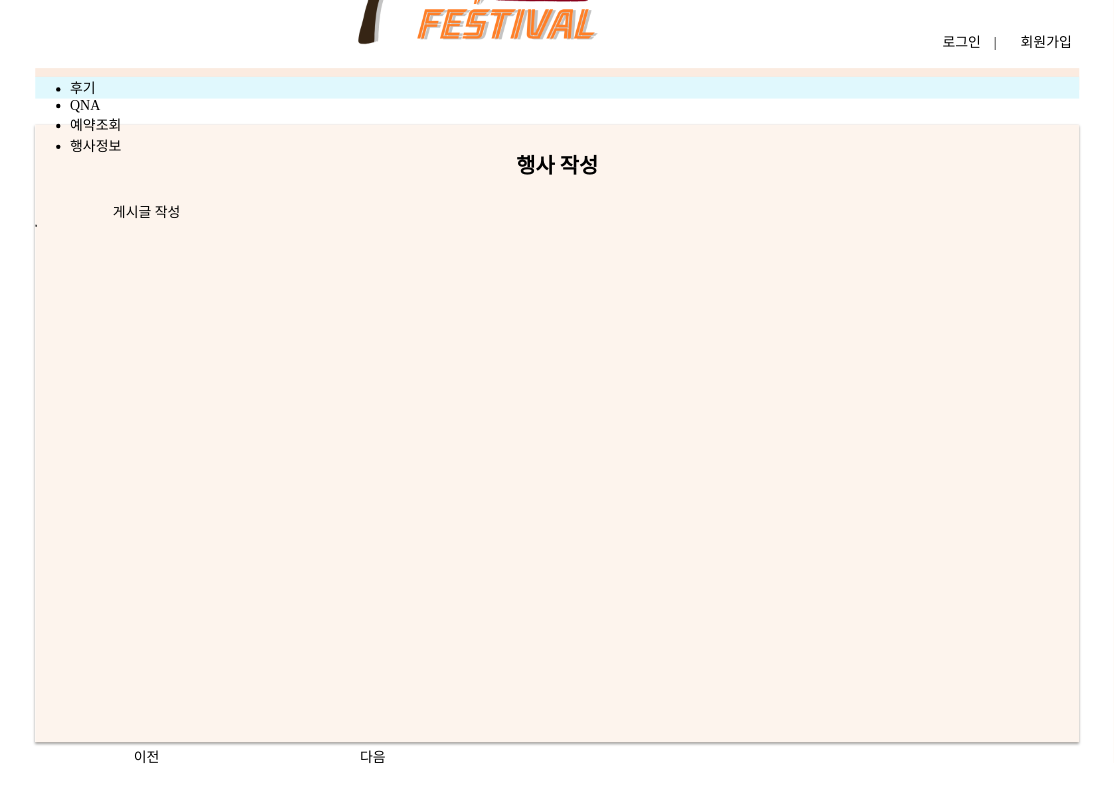
Repository: Changgyu1/Chang_Gu
Page: http://localhost/Project/EventPostingServlet
These files come from the project's save history. The page is drawn as it stood at one moment and after the next save; the edit follows.
The browser window is 1280 px wide. The pictures show the whole page, at 87% of full size.
Some web fonts or font styles are not loaded; a fallback is used. The page is served by Tomcat 9. Queries for data that is not in the repository find no rows.

Above is the page before, as saved 2023-11-13 15:14:49.

After the next save:
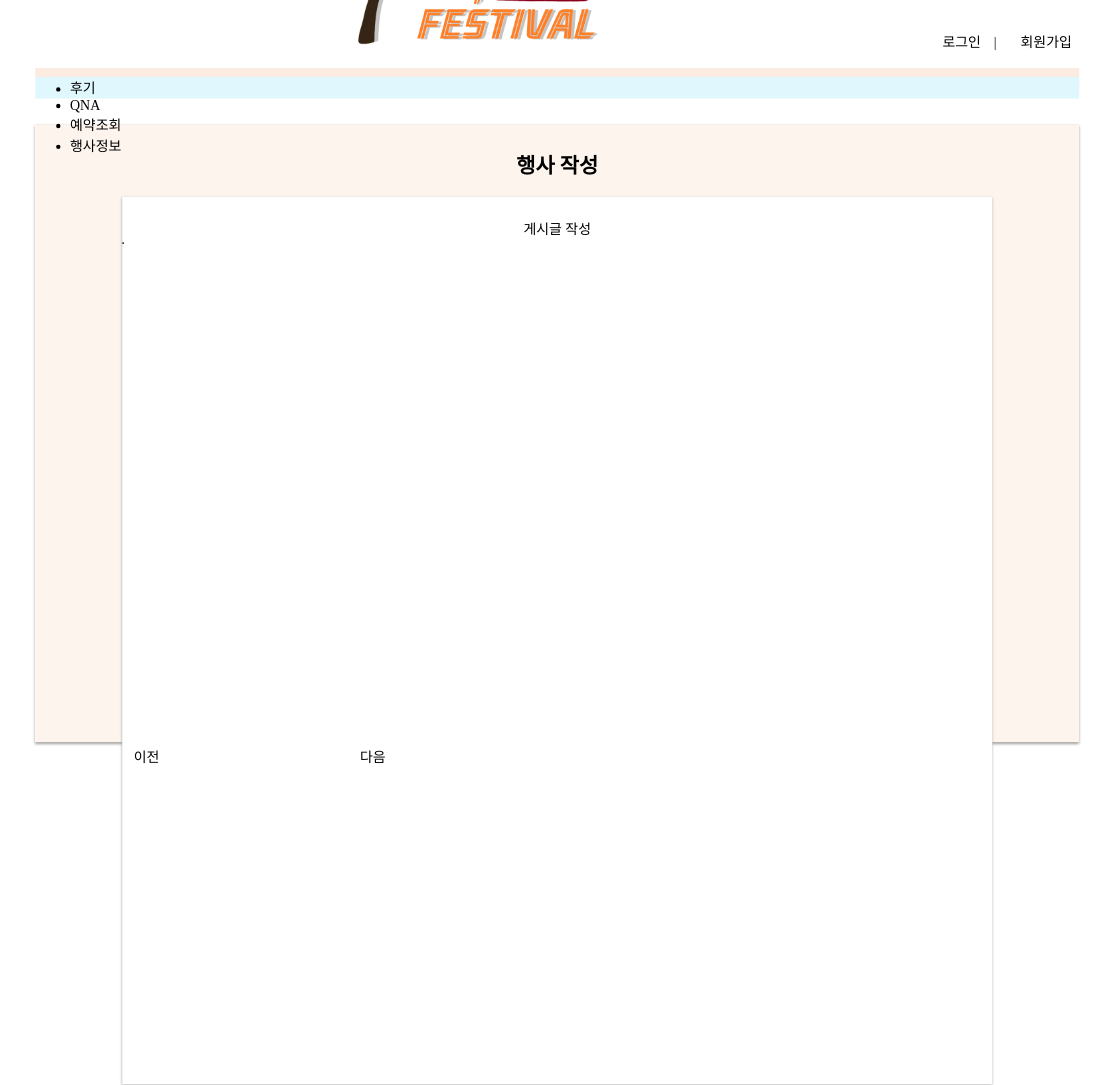
Saved 97 s later.
--- a/Project/src/main/webapp/Event_List.jsp
+++ b/Project/src/main/webapp/Event_List.jsp
@@ -58,7 +58,7 @@
 			<img src="">
 			<h2>행사 작성</h2>
 			<!-- 안에 글넣는 하얀 박스-->
-			<div id="reviewbox">
+			<div id="whitebox">
 
 				<div>
 					<button type="button" onclick="location.href='Event_add.jsp'">게시글
